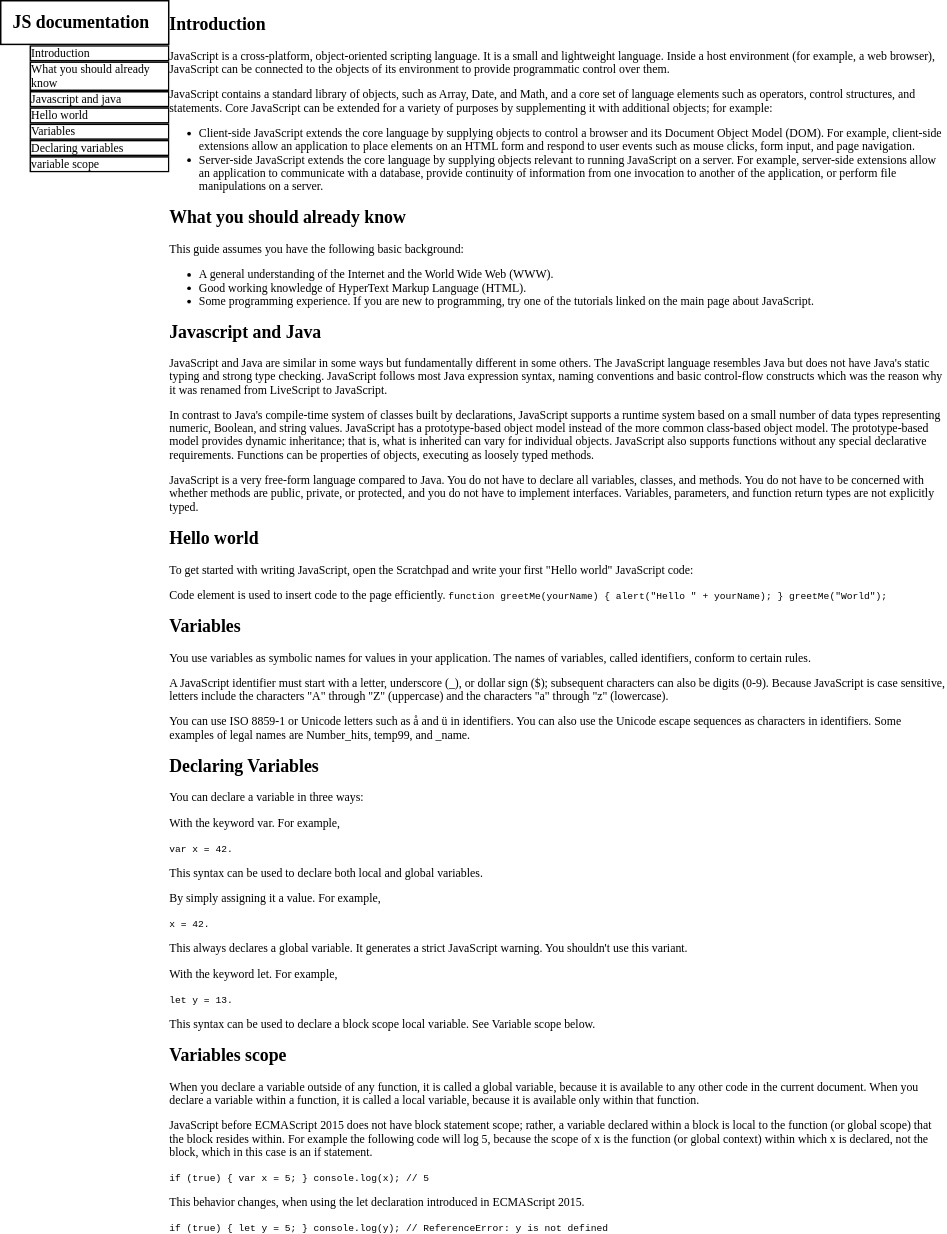
Repository: Pafestivo/Technical-documentation
Page: index.html
These files come from the project's save history. The page is drawn as it stood at one moment and after the next save; the edit follows.
The browser window is 1280 px wide. The pictures show the whole page, at 74% of full size.

Above is the page before, as saved 2022-09-07 13:13:54.

After the next save:
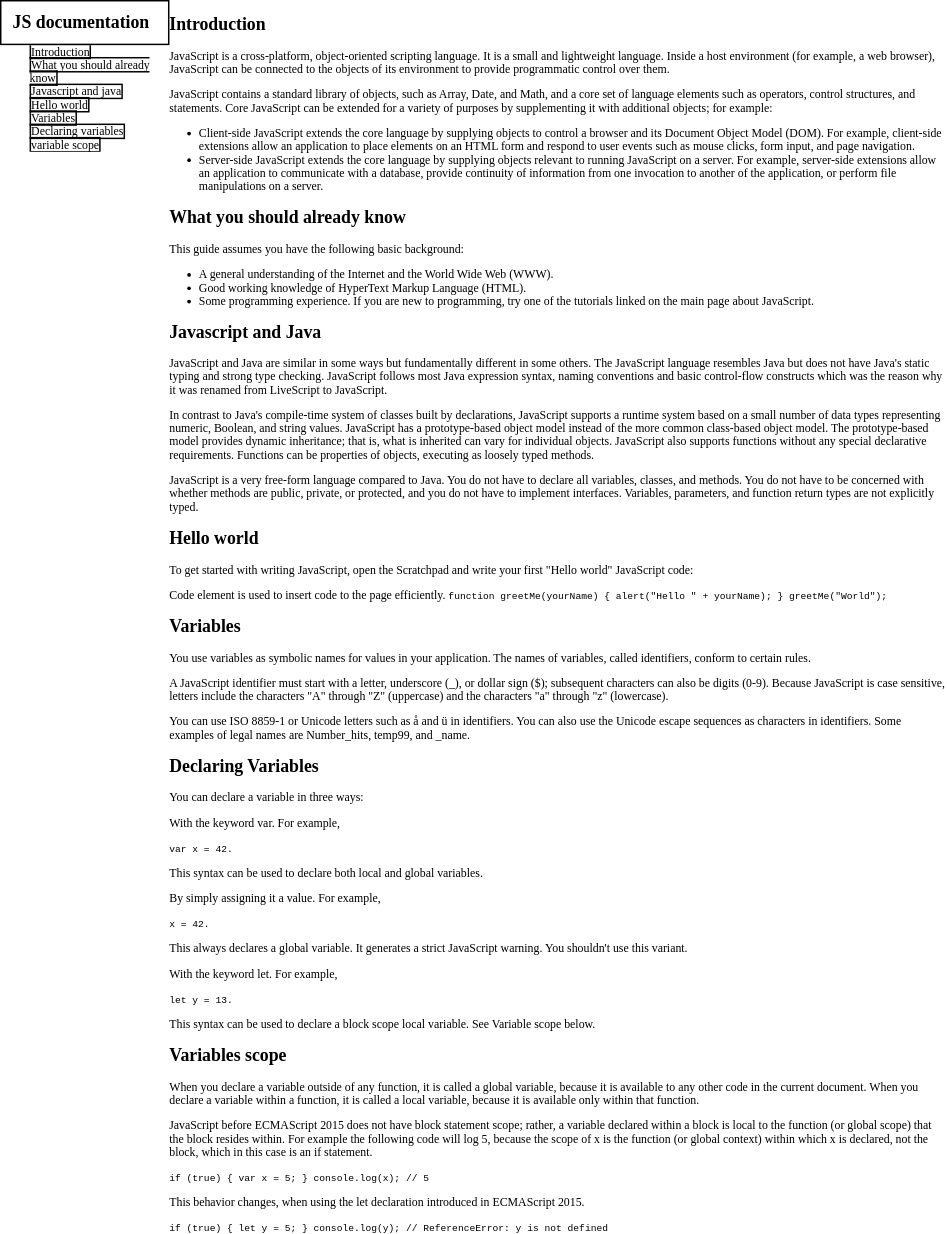
Saved 9 s later.
--- a/styles.css
+++ b/styles.css
@@ -30,11 +30,10 @@ body {
 }
 
 #navbar ul li {
-  width: 100%;
+  display: block;
 }
 
 #navbar ul a {
-  display: block;
   text-decoration: none;
   color: #000;
   border: 2px solid #000;
